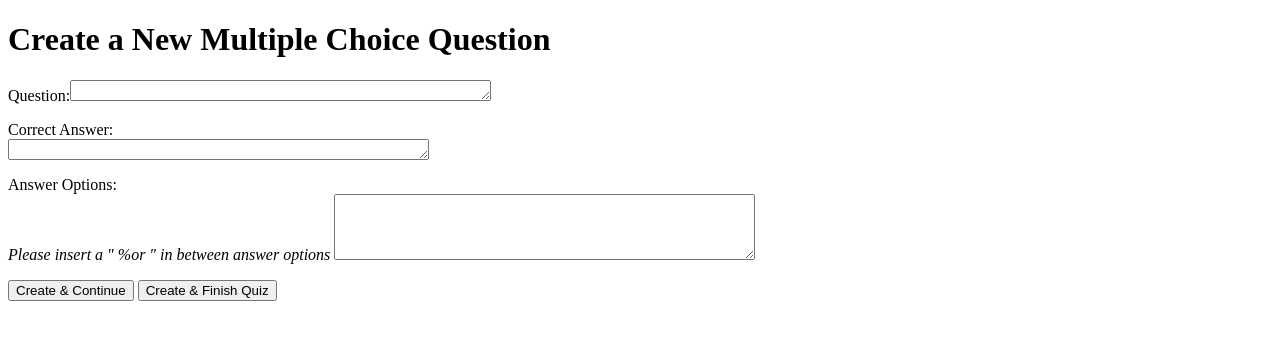
Repository: sarahhtn/CS108_final_project
Page: QuizWebsite/WebContent/CreateMC.html
The author's editor kept a copy of each file at every save. The page is drawn from the files as they stood at one save, then again after the next save.
The browser window is 1280 px wide. The pictures show the whole page.

Above is the page before, as saved 2013-11-16 22:20:53.

After the next save:
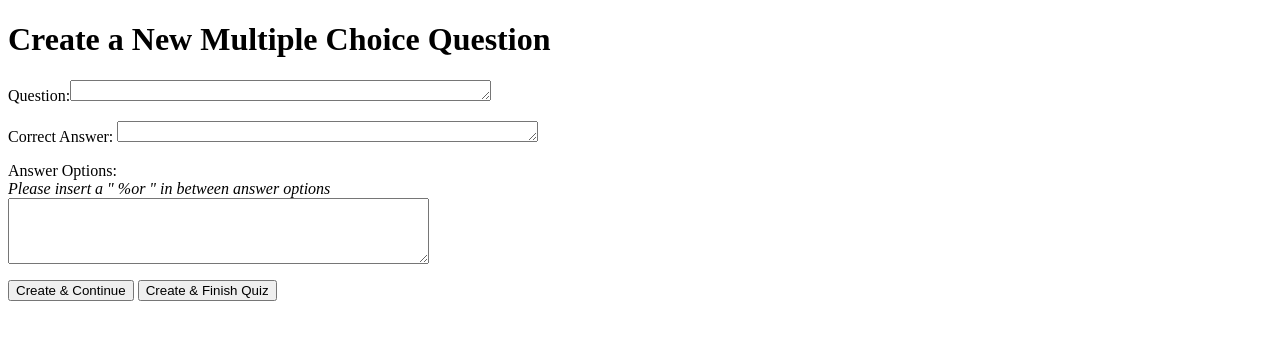
Saved 61 s later.
--- a/QuizWebsite/WebContent/CreateMC.html
+++ b/QuizWebsite/WebContent/CreateMC.html
@@ -10,9 +10,9 @@
 
 <form action="MCServlet" method="post">
 <p>Question:<textarea rows = "1" cols = "50" name="question"></textarea> </p>
-<p>Correct Answer: <br> <textarea rows = "1" cols = "50" name="answer"></textarea> </p>
+<p>Correct Answer: <textarea rows = "1" cols = "50" name="answer"></textarea> </p>
 <p>Answer Options: <br>
-<i>Please insert a " %or " in between answer options</i>
+<i>Please insert a " %or " in between answer options</i> <br>
 <textarea rows = "4" cols = "50" name="answer"></textarea> </p>
 <input type="submit" value="Create & Continue"/>
 <input type="submit" value="Create & Finish Quiz"/>
